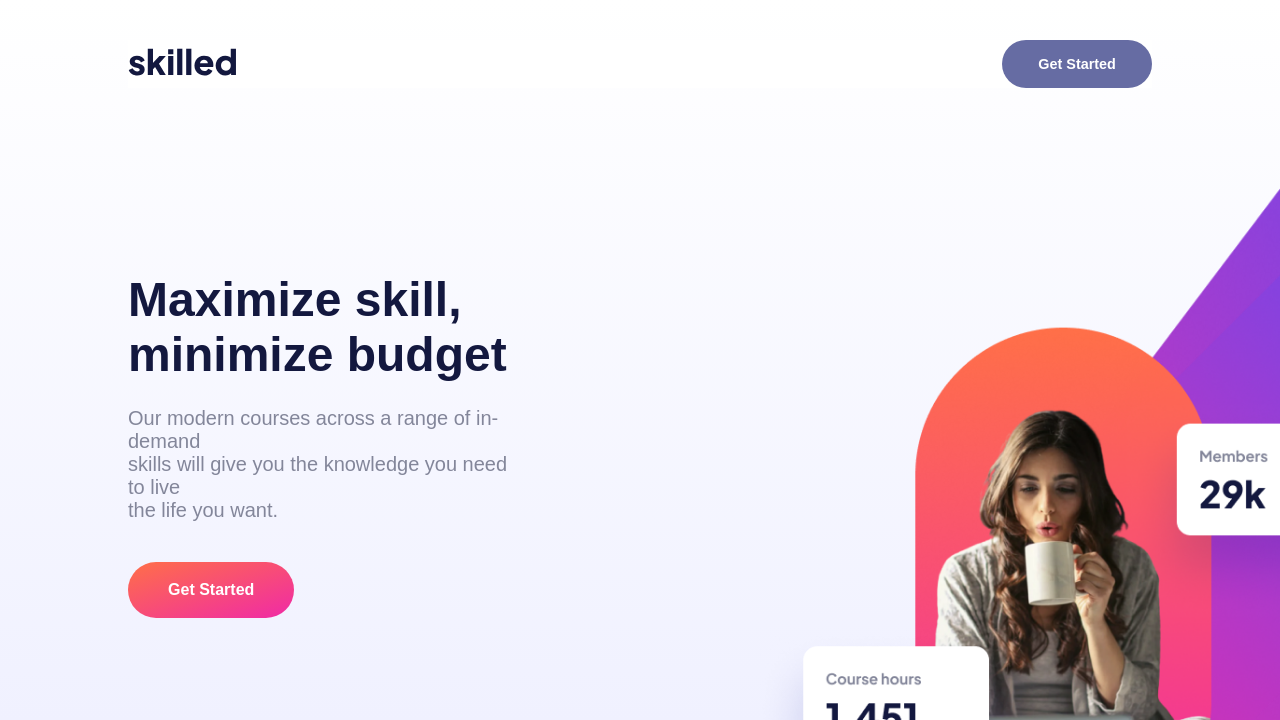
Repository: exe-walt/E-Learning-Landing-Page
Page: index.html
An editor plug-in stored every save of this project. The page is shown before and after the next save, followed by the edit.
The browser window is 1280 px wide. The pictures show the whole page.
The pointer rests on the first visible `.navbar-btn button`.
An inner scrolling area shows only its first screen. Some web fonts or font styles are not loaded; a fallback is used.

Above is the page before, as saved 2025-05-30 17:42:52.

After the next save:
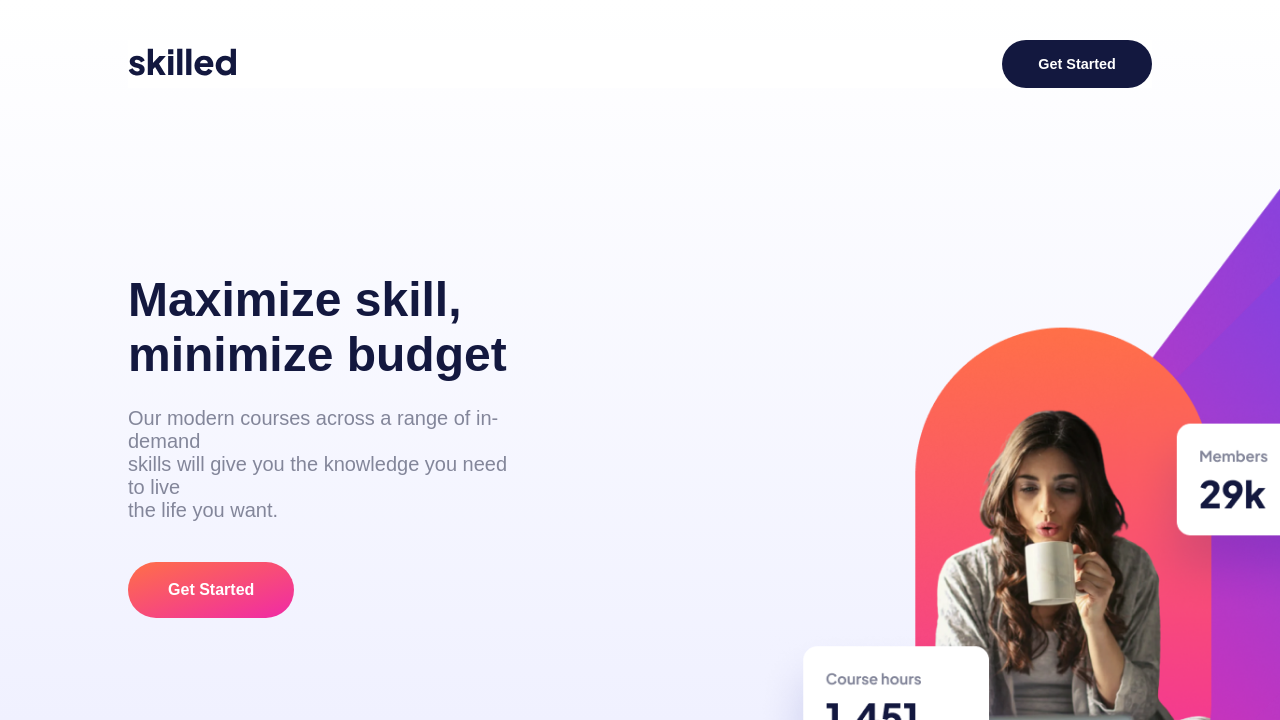
Saved 79 s later.
--- a/css/style.css
+++ b/css/style.css
@@ -59,7 +59,7 @@ body {
   font-size: 0.9rem;
 }
 
-.navbar-btn button:hover{
+.navbar-btn li button:hover{
   cursor: pointer;
   background-color: #666ca3;
 }
